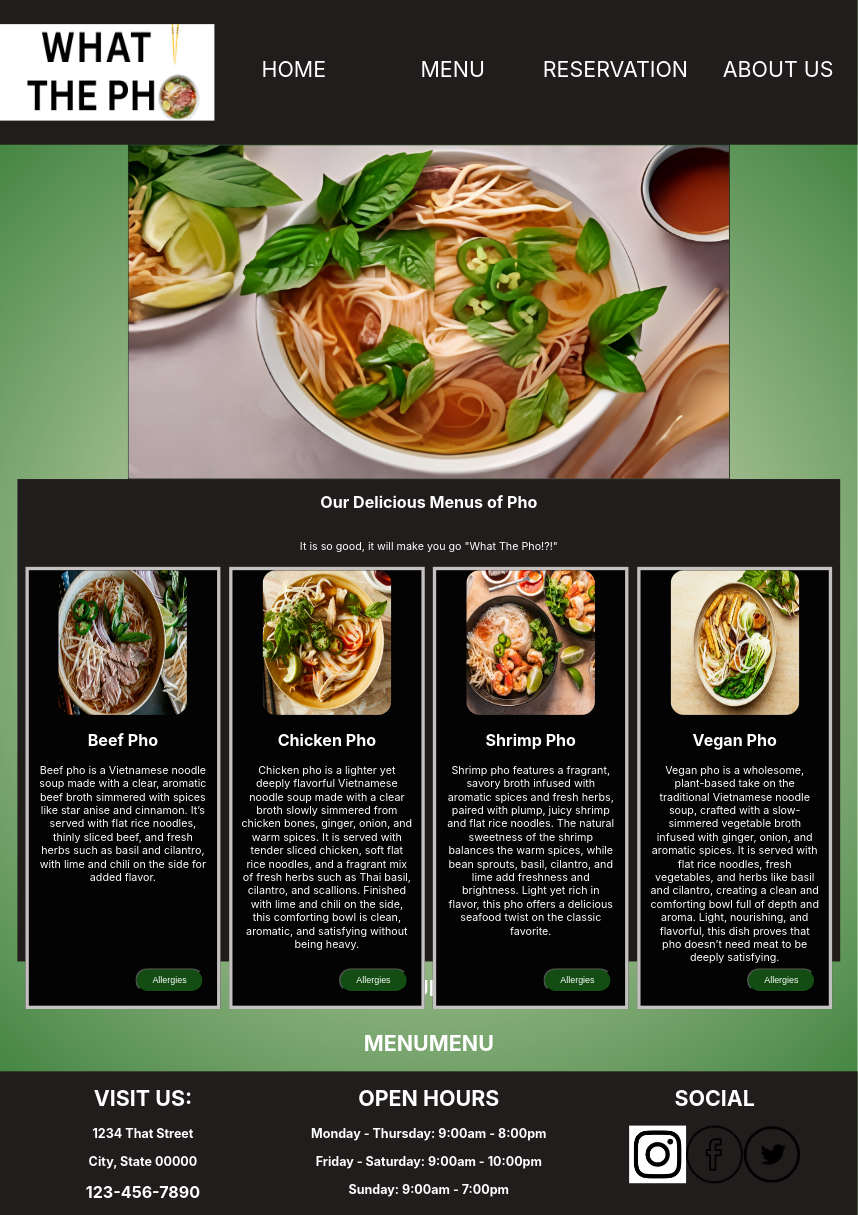
Repository: NguyenkhDang/Restaurant-Website
Page: /
The author's editor kept a copy of each file at every save. The page is drawn from the files as they stood at one save, then again after the next save.
The browser window is 1280 px wide. The pictures show the whole page, at 67% of full size.
The project was rebuilt for these pictures with package versions that can differ from the ones it lists, and the page was loaded fresh each time.

Above is the page before, as saved 2026-01-16 18:05:24.

### src/App.js
import BackgroundImage from "./image/pho.jpg"
import BeefPho from "./image/beefPho.png"
import ChickenPho from "./image/chickenPho.jpg"
import ShrimpPho from "./image/shrimpPho.png"
import VeganPho from "./image/veganPho.jpg"
import './App.css';

import NavigationBar from './NavigationBar';
import Footer from "./Footer"

import ReadMore from "./Readmore"
import SectionContainer from "./SectionContainer"
function App() {


  return (
    <div className="home">
      <NavigationBar />
      <img
        src={BackgroundImage}
        style={{maxWidth: "70vw", height: "auto", border: "1px solid black"}}
        alt="Pho Photo"
        />


      <div className="menu">
        <h2>Our Delicious Menus of Pho</h2>
        <p>It is so good, it will make you go "What The Pho!?!"</p>
        <div className="foodContainer">
          <div>
            <ReadMore
            image={BeefPho}
            title="Beef Pho"
            description="Beef pho is a Vietnamese noodle soup made with a clear, aromatic beef broth simmered with spices like star anise and cinnamon. It’s served with flat rice noodles, thinly sliced beef, and fresh herbs such as basil and cilantro, with lime and chili on the side for added flavor."
            allergies={[
              "Soy: hoisin sauce, soy sauce",
              "Fish: fish sauce",
              "Gluten: possible in sauces",
              "Shellfish: may be present",
              "Spices: star anise, cinnamon, cloves"
            ]}
          />

          </div>
          <div>
            <ReadMore
            image={ChickenPho}
            title="Chicken Pho"
            description="Chicken pho is a lighter yet deeply flavorful Vietnamese noodle soup made with a clear broth slowly simmered from chicken bones, ginger, onion, and warm spices. It is served with tender sliced chicken, soft flat rice noodles, and a fragrant mix of fresh herbs such as Thai basil, cilantro, and scallions. Finished with lime and chili on the side, this comforting bowl is clean, aromatic, and satisfying without being heavy."
            allergies={[
              "Soy: sauces",
              "Fish: fish sauce",
              "Spices: ginger, coriander"
            ]}
          />
          </div>
          <div>
            <ReadMore
            image={ShrimpPho}
            title="Shrimp Pho"
            description="Shrimp pho features a fragrant, savory broth infused with aromatic spices and fresh herbs, paired with plump, juicy shrimp and flat rice noodles. The natural sweetness of the shrimp balances the warm spices, while bean sprouts, basil, cilantro, and lime add freshness and brightness. Light yet rich in flavor, this pho offers a delicious seafood twist on the classic favorite."
            allergies={[
              "Shellfish: shrimp",
              "Fish: fish sauce",
              "Soy: sauces"
            ]}
          />
          </div>
          <div>
            <ReadMore
            image={VeganPho}
            title="Vegan Pho"
            description="Vegan pho is a wholesome, plant-based take on the traditional Vietnamese noodle soup, crafted with a slow-simmered vegetable broth infused with ginger, onion, and aromatic spices. It is served with flat rice noodles, fresh vegetables, and herbs like basil and cilantro, creating a clean and comforting bowl full of depth and aroma. Light, nourishing, and flavorful, this dish proves that pho doesn’t need meat to be deeply satisfying."
            allergies={[
              "Soy: tofu, sauces",
              "Gluten: possible in sauces"
            ]}
          />
          </div>
        </div>
      </div>
      <SectionContainer />
      <Footer />
  </div>
);
}

export default App;

### src/App.css
html{
  -ms-overflow-style: none;  /* IE and Edge */
  scrollbar-width: none;
}

.home {
  display: grid;
  margin: 0;
  padding: 0;

  background: radial-gradient(
    circle,
    rgba(245, 240, 213, 1) 0%,
    rgba(38, 115, 42, 1) 100%
  );
  place-items: center;
  text-align: center;
  color: white;
}

.menu {
  display: grid;
  grid-template-rows: repeat(3, 1fr);
  place-items: center;
  gap: 5px;

  width: 96vw;
  height: 100vh;
  margin: 0 2vw;

  background-color: rgb(34, 29, 29);
}

.foodContainer {
  display: grid;
  grid-template-columns: repeat(4, 1fr);
  place-items: center;
  height: auto;
  gap: 1vw;
  padding: 0;
}


#label{
  font-weight: bolder;
  font-size: 1.25em;
}
html::-webkit-scrollbar {
  display: none;
}

### src/NavigationBar.js
import "./CSS/NavigationBar.css"
import Logo from "./image/CustomLogo2.png"
const NavigationBar = () =>{



  return (
    <div className="navbar">
      <div className="logoImage">
        <img src= {Logo} />
      </div>
      <div className="wholeNavBar">
        <ul>
          <li>
            <a>HOME</a>
          </li>
          <li>
            <a>MENU</a>
          </li>
          <li>
            <a>RESERVATION</a>
          </li>
          <li>
            <a>ABOUT US</a>
          </li>
        </ul>

      </div>
    </div>
  )


}

export default NavigationBar

### src/Footer.js
import "./CSS/Footer.css"
import InstagramIcon from "./image/instagramIcon.png"
import FacebookIcon from "./image/facebookIcon.png"
import TwitterIcon from "./image/twitterIcon.png"
const Footer = () =>{

  return(
    <div className="footer">
      <div>
        <h1>VISIT US:</h1>
        <h3>1234 That Street</h3>
        <h3>City, State 00000</h3>

        <h2>123-456-7890</h2>
      </div>
      <div>
        <h1>OPEN HOURS</h1>
        <h3>Monday - Thursday: 9:00am - 8:00pm</h3>
        <h3>Friday - Saturday: 9:00am - 10:00pm</h3>
        <h3>Sunday: 9:00am - 7:00pm</h3>
      </div>
      <div>
        <h1>SOCIAL</h1>
        <a href="https://www.instagram.com/" target="_blank"><img src={InstagramIcon}/></a>
        <a href="https://www.facebook.com/" target="_blank"><img src={FacebookIcon}/></a>
        <a href="https://x.com/" target="_blank"><img src={TwitterIcon}/></a>
      </div>

    </div>
  )

}

export default Footer

### src/Readmore.js
import { useState } from "react";
import "./CSS/Readmore.css"
function ReadMore({ image, title, description, allergies }) {
  const [showMore, setShowMore] = useState(false);

  return (
    <div className={`descriptionContainer ${showMore ? "isExpand ": ""}`}>
      <img src={image} style={{ width: "15vw", height: "30vh" }} alt={title} />

      <h2>{title}</h2>

      <p>
        {description}

        {showMore && (
          <ul className="list">
            {allergies.map((item, index) => (
              <li key={index}>{item}</li>
            ))}
          </ul>
        )}
      </p>

      <button onClick={() => setShowMore(!showMore)}>
        {showMore ? "Close" : "Allergies"}
      </button>
    </div>
  );
}
export default ReadMore;

### src/SectionContainer.js
import "./CSS/SectionContainer.css"
const SectionContainer = ()=>{

  return(
    <div className="containerMain">
      <div>
        <h1>MENU</h1>
      </div>
      <div>
        <h1>MENU</h1>
      </div>
      <div>
        <h1>MENU</h1>
      </div>
      <div>
        <h1>MENU</h1>
      </div>
    </div>
  )
}

export default SectionContainer;

### src/CSS/NavigationBar.css
.navbar{
  background-color: rgb(34, 29, 29);
  display: grid;
  grid-template-columns: 25% 75%;
  width: 100vw;
  height: 25vh;
  padding-top: 5vh;
}
.wholeMavBar{
  float: right;
  height: 10vh;
}

.logoImage img{
  height: 20vh;
  width: 25vw;
  object-fit: fill;
  object-position: center;
}

ul{
  align-items: center;
  list-style-type: none;
  display: grid;
  place-items: center;
  grid-template-columns: 1fr 1fr 1fr 1fr;
  margin-top: 5%;
  padding: 0;
}
li a{
  font-size: 2em;
  text-align: center;
  padding: 14px 16px;
}

li a:hover{
  background-color: #c5b1b1;
}

### src/CSS/Footer.css
.footer{
  background-color: rgb(34, 29, 29);
  display: grid;
  grid-template-columns: repeat(3, 1fr);
  width: 100vw;
}

.footer img{
  width: 20%;
}

### src/CSS/Readmore.css
.descriptionContainer{
  display: block;
  width: 20vw;
  height: auto;
  min-height: 650px;
  padding-top: 2.5vh;
  position: relative;
  overflow: hidden;
  transition: all 0.5s ease-in-out;
  background-color: rgb(3, 3, 3);
  border: 5px solid rgb(197, 193, 193);
  padding: 0 1vw;
  margin-bottom: 50px ;
}
.descriptionContainer.isExpand{
  min-height: 720px;
}
.descriptionContainer img{
  width: 20%;
  height: 20%;
  border-radius: 20px;
}
.list{
  display: grid;
  grid-template-columns: repeat(1, 1fr);
}
.list li{
  height: auto;
  width: 70%;
}

button{
  background-color: rgb(19, 77, 19);
  position: absolute;
  bottom: 20px;
  right: 20px;
  height: 5vh;
  width: 8vw;
  border-radius: 50px ;
  color: white
}

### src/CSS/SectionContainer.css
.containerMain{
  display: grid;
  grid-template-columns: repeat(2, 1fr);
  grid-template-rows: repeat(2, 1fr);
}

Loaded but not shown: public/index.html (common file); src/index.js (common file); src/index.css (common file); src/reportWebVitals.js (common file)

After the next save:
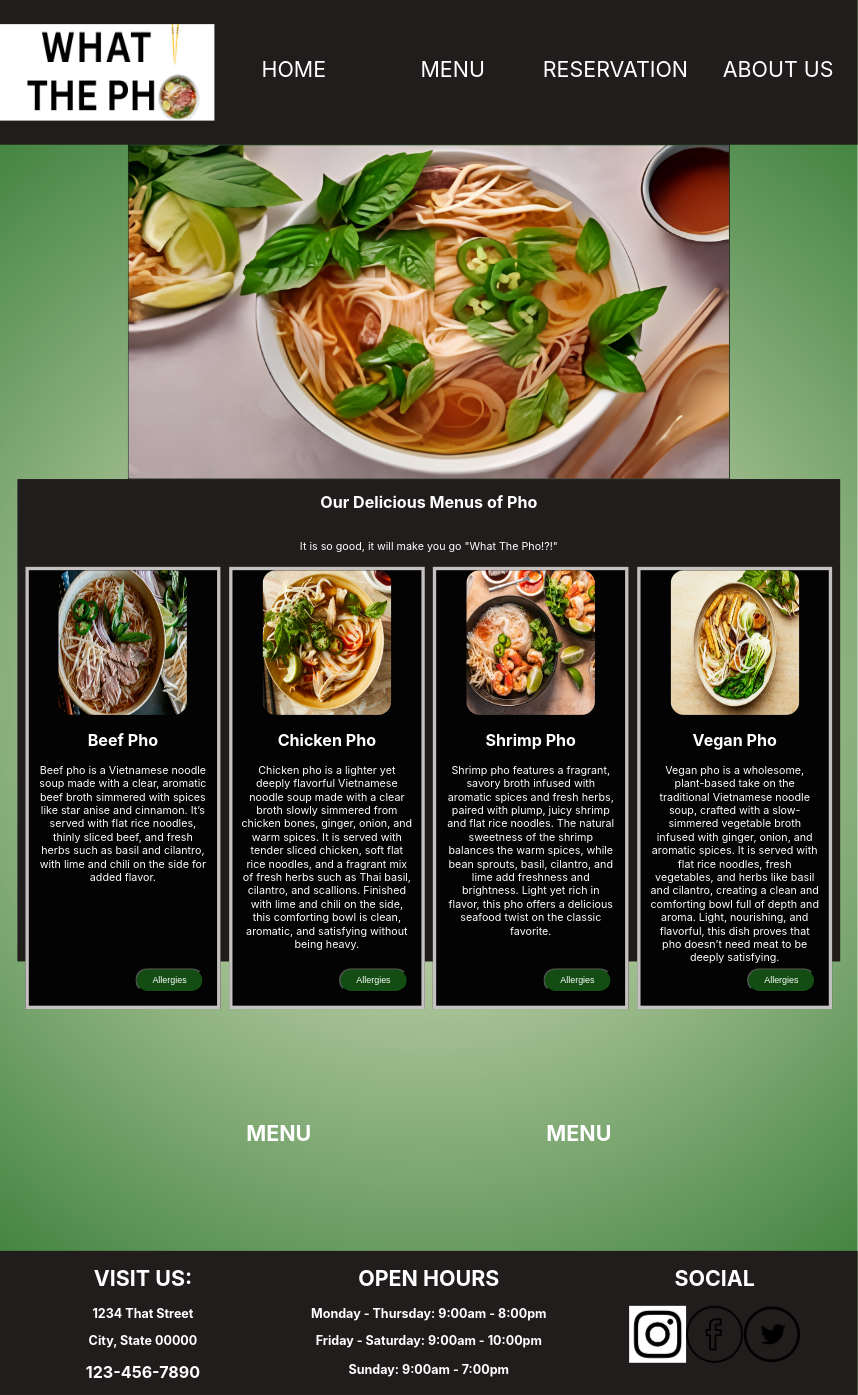
Saved 31 s later.
--- a/src/CSS/SectionContainer.css
+++ b/src/CSS/SectionContainer.css
@@ -3,3 +3,8 @@
   grid-template-columns: repeat(2, 1fr);
   grid-template-rows: repeat(2, 1fr);
 }
+
+.containerMain div{
+  width: 35vw;
+  height: 30vh;
+}
